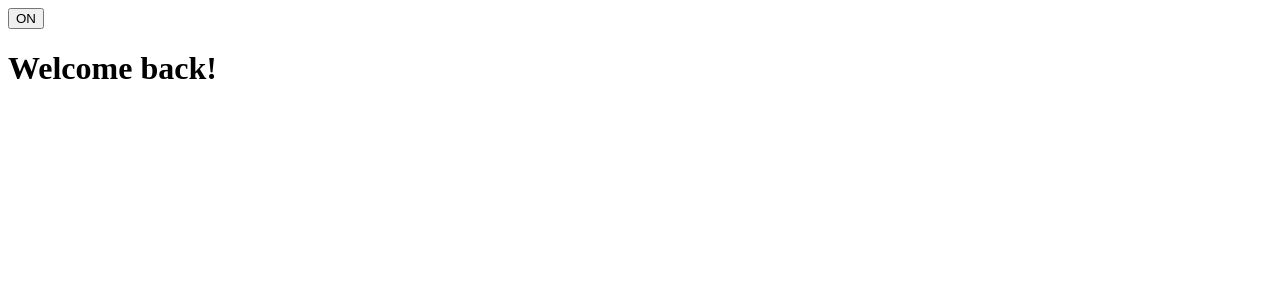
Repository: WanYouwen/react_study_code
Page: day01/01-基础/test.html
The author's editor kept a copy of each file at every save. The page is drawn from the files as they stood at one save, then again after the next save.
The browser window is 1280 px wide. The pictures show the whole page.

Above is the page before, as saved 2020-08-11 17:24:26.

After the next save:
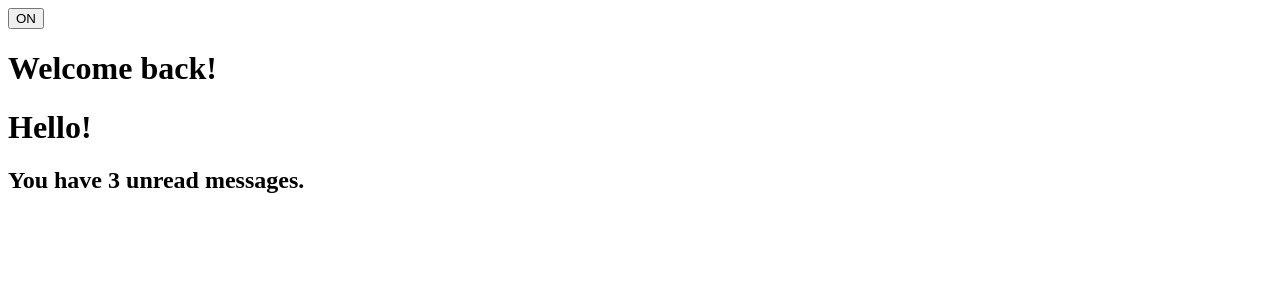
Saved 5 min 43 s later.
--- a/day01/01-基础/test.html
+++ b/day01/01-基础/test.html
@@ -13,6 +13,7 @@
   <script src="../../base//browser.min.js"></script>
 
   <script type="text/babel">
+    const messages = ['React', 'Re: React', 'Re:Re: React'];
     class Toggle extends React.Component {
       constructor(props) {
         super(props);
@@ -41,6 +42,7 @@
            Try changing to isLoggedIn={true}:
             */}
             <Greeting isLoggedIn={this.state.isToggleOn} />
+            <Mailbox unreadMessages={messages} />
           </div>
         );
       }
@@ -60,6 +62,17 @@
       }
       return <GuestGreeting />;
     }
+    function Mailbox(props) {
+      const unreadMessages = props.unreadMessages;
+      return (
+        <div>
+          <h1>Hello!</h1>
+          {unreadMessages.length > 0 && (
+            <h2>You have {unreadMessages.length} unread messages.</h2>
+          )}
+        </div>
+      );
+    }
 
     console.log(ReactDOM, 'ReactDOM');
     ReactDOM.render(<Toggle />, app);
